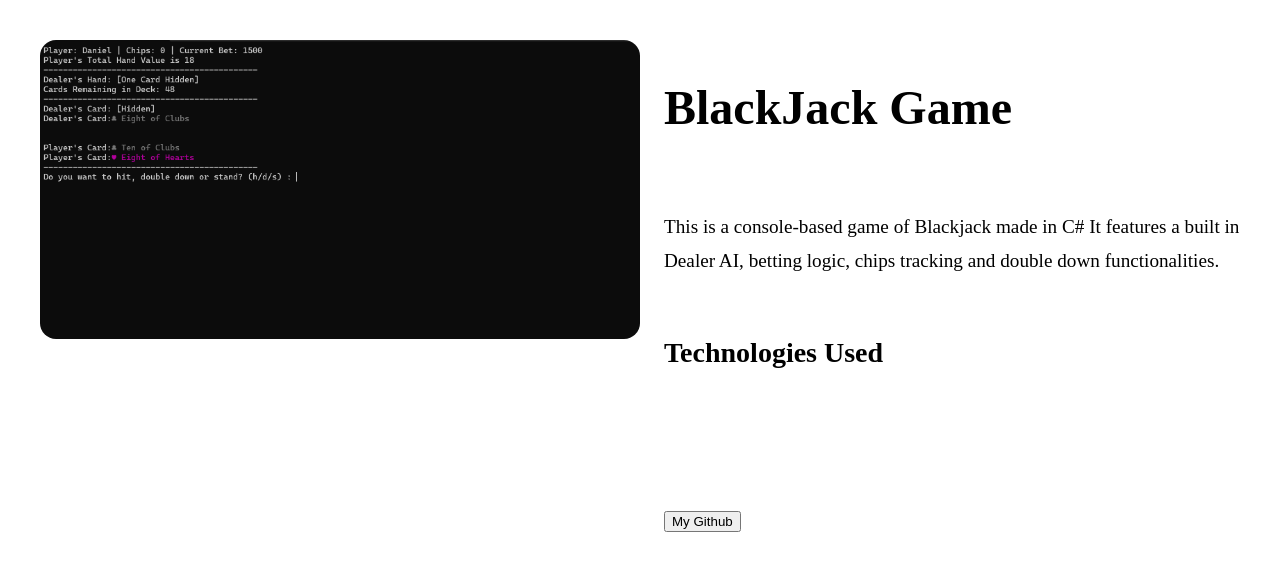
Repository: danielchohan/danielchohan
Page: pages/blackjack.html
These files come from the project's save history. The page is drawn as it stood at one moment and after the next save; the edit follows.
The browser window is 1280 px wide. The pictures show the whole page.

Above is the page before, as saved 2026-05-08 19:28:54.

After the next save:
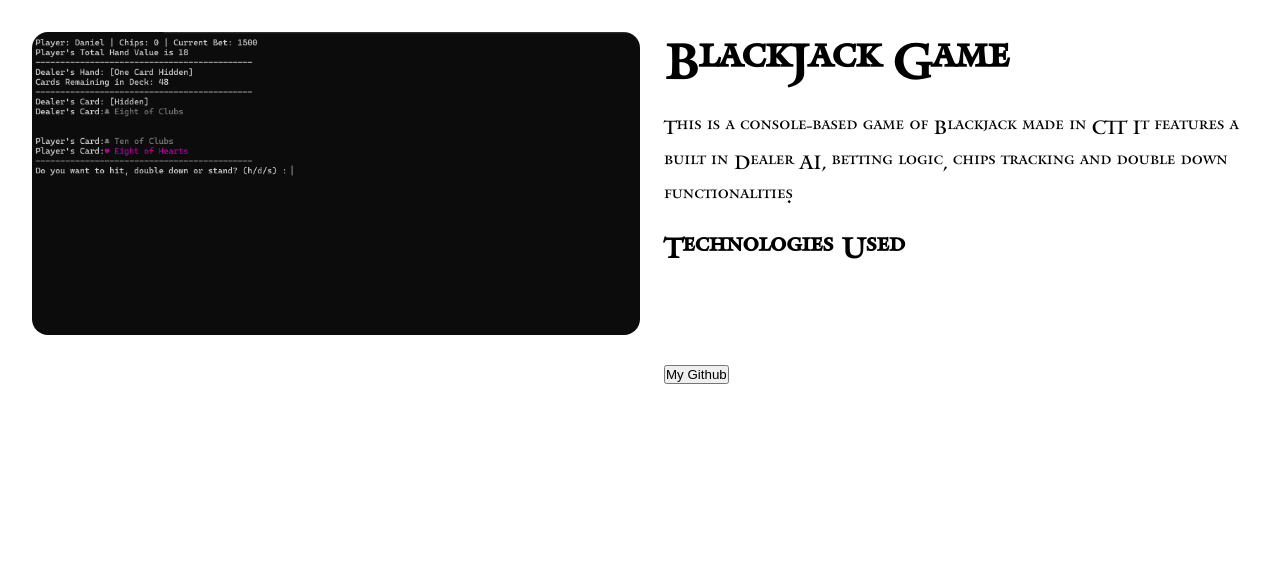
Saved 44 s later.
--- a/pages/blackjack.html
+++ b/pages/blackjack.html
@@ -5,6 +5,7 @@
     <meta name="viewport" content="width=device-width, initial-scale=1.0">
     <title>Blackjack Project</title>
     <link rel="stylesheet" href="../styles/projectcard.css">
+    <link rel="stylesheet" href="../styles/global.css">
 </head>
 
 <section class="projectcard">
